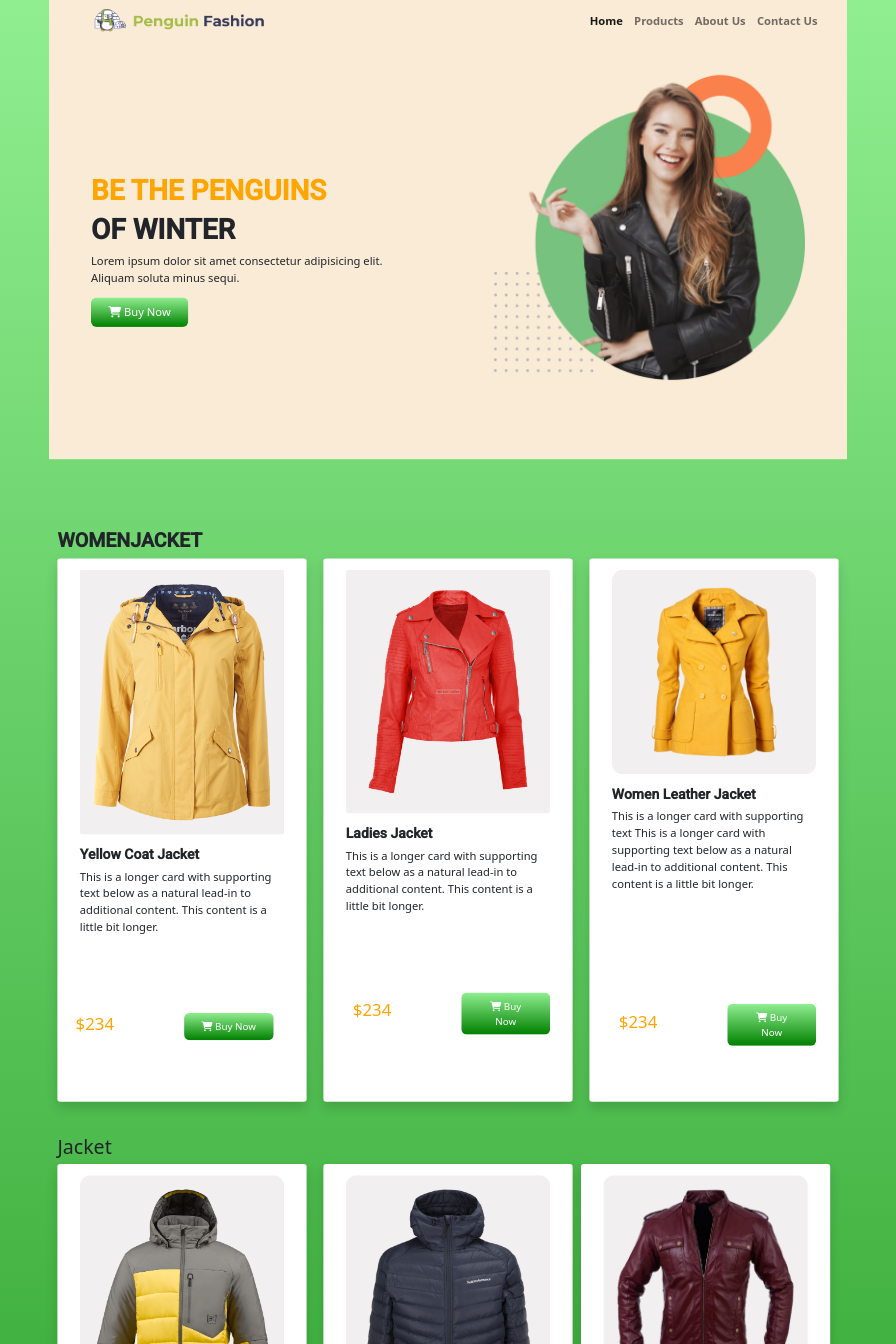
Repository: omarhasnain/assignment-two
Page: index.html
An editor plug-in stored every save of this project. The page is shown before and after the next save, followed by the edit.
The browser window is 1280 px wide. The pictures show the part of the page from y = 0 to 1920 px (the page is 3517 px tall), at 70% of full size.
Some web libraries are served in a nearby version.

Above is the page before, as saved 2021-01-15 18:48:51.

After the next save:
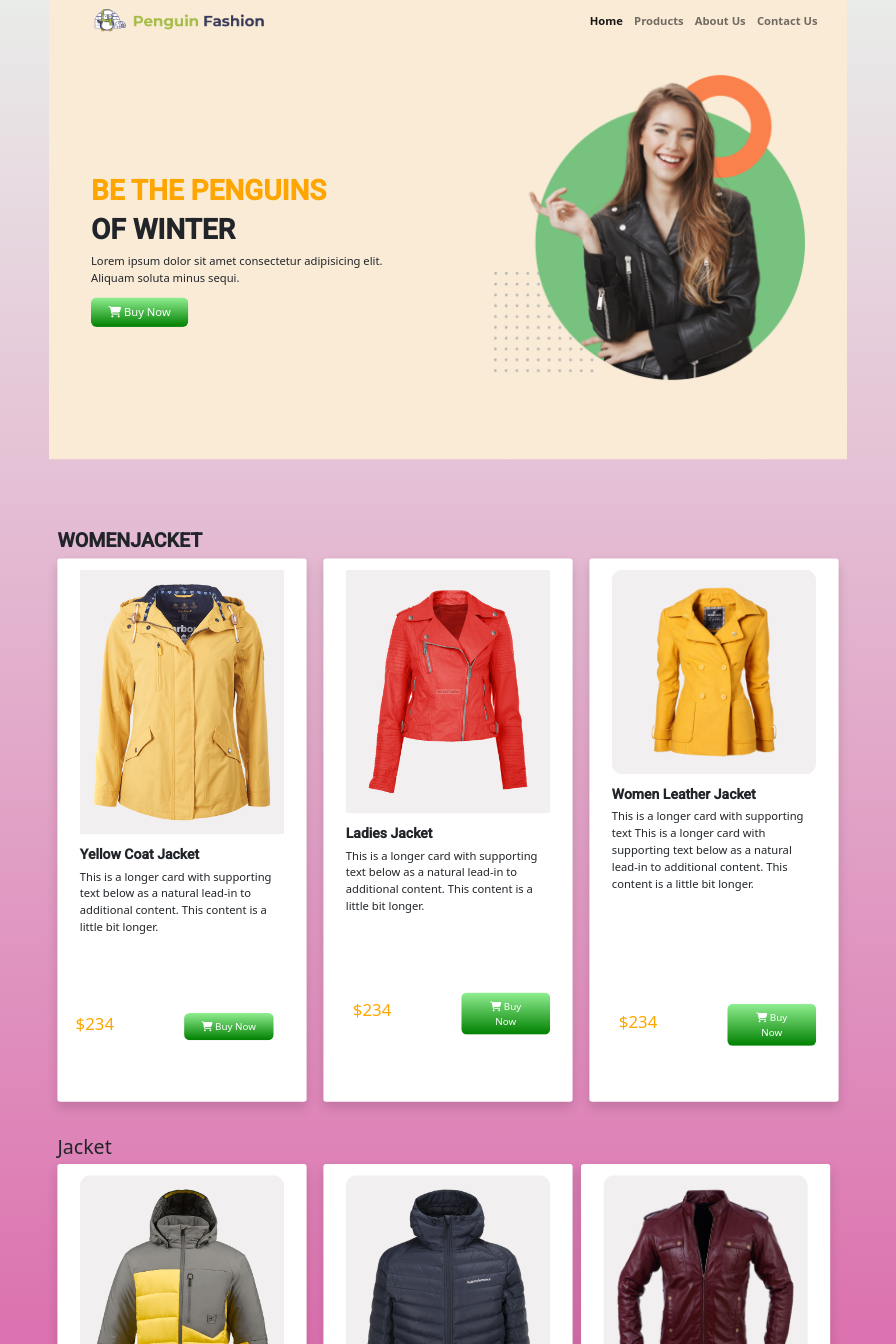
Saved 29 s later.
--- a/style.css
+++ b/style.css
@@ -1,5 +1,5 @@
 body{
-    background-image: linear-gradient(to bottom, lightgreen 0%, green 100%);
+    background-image: linear-gradient(to bottom, rgb(233, 236, 233) 0%, rgb(209, 11, 127) 100%);
 }
 header{
     background-color: antiquewhite;
